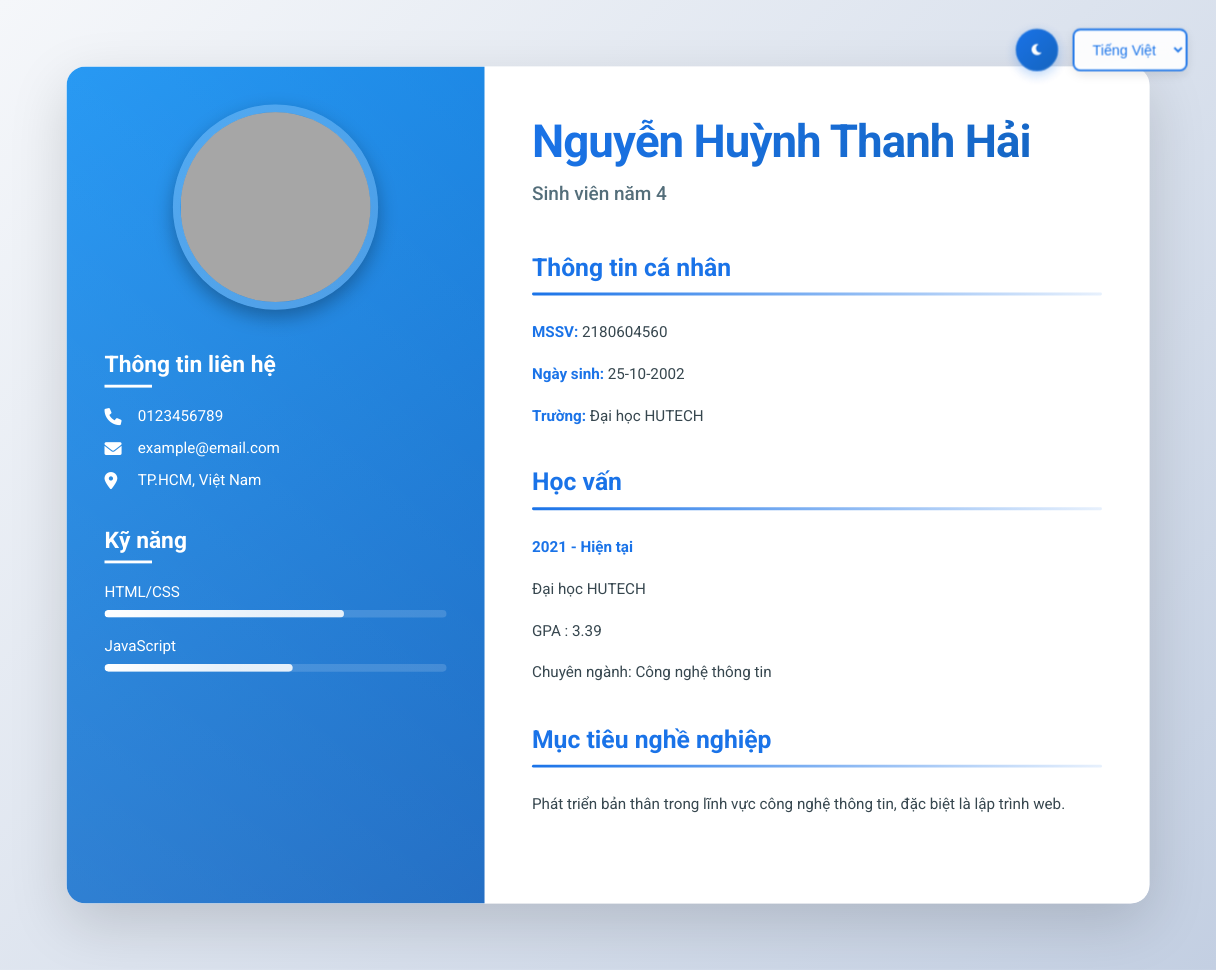
Repository: Haimichi/haimichi.github.io
Page: index.html
The author's editor kept a copy of each file at every save. The page is drawn from the files as they stood at one save, then again after the next save.
The browser window is 1280 px wide. The pictures show the whole page, at 95% of full size.
Pictures or frames that could not be fetched are drawn as grey boxes.

Above is the page before, as saved 2025-03-04 10:48:57.

After the next save:
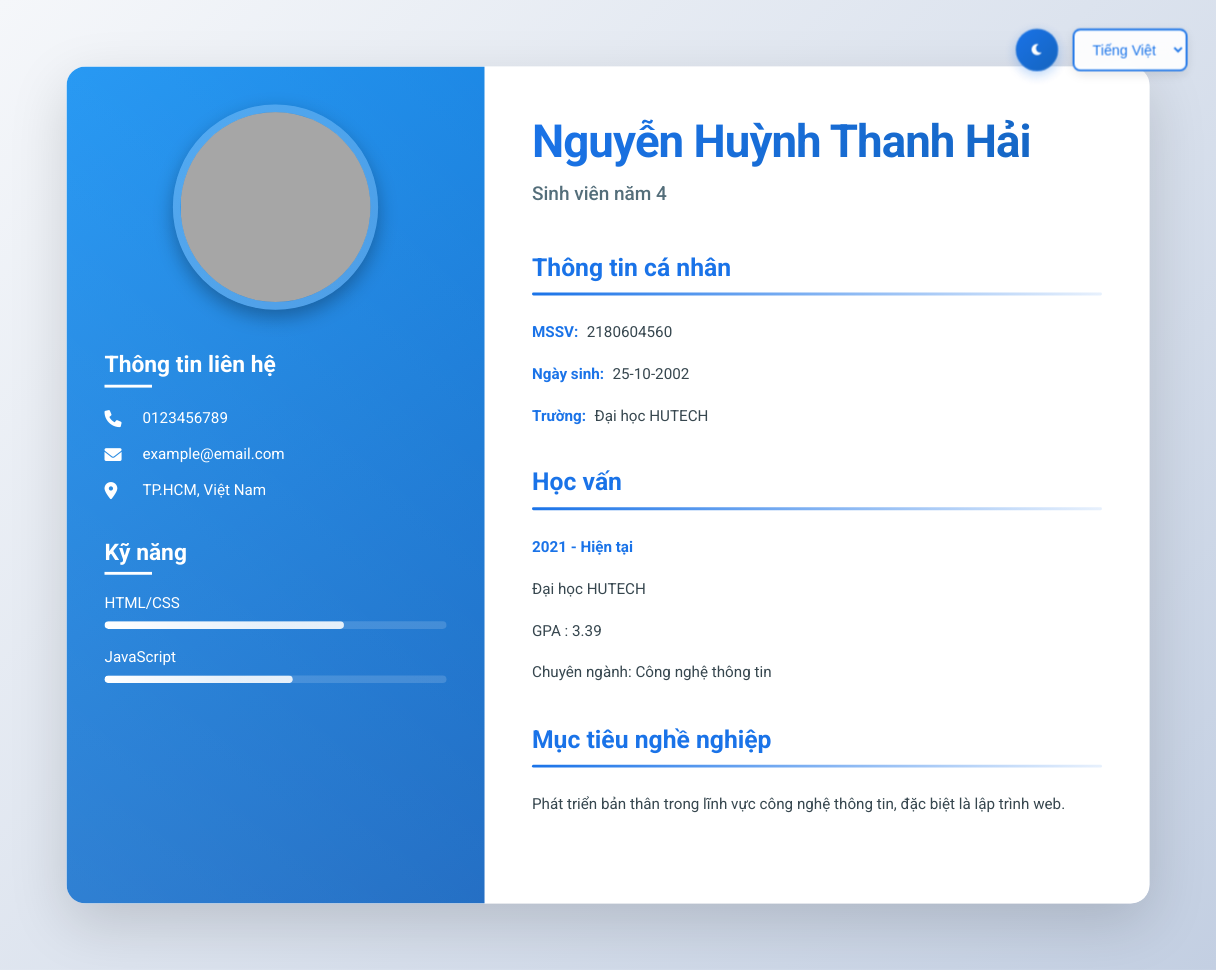
Saved 1 s later.
--- a/index.html
+++ b/index.html
@@ -7,6 +7,26 @@
     <link rel="stylesheet" href="style.css">
     <link rel="stylesheet" href="https://cdnjs.cloudflare.com/ajax/libs/font-awesome/6.0.0/css/all.min.css">
     <link href="https://fonts.googleapis.com/css2?family=Roboto:wght@400;500;700&display=swap" rel="stylesheet">
+    <style>
+        .editable-input {
+            background: transparent;
+            border: none;
+            border-bottom: 2px solid #1a73e8;
+            color: inherit;
+            font-size: inherit;
+            font-family: inherit;
+            width: 100%;
+            padding: 5px 0;
+            outline: none;
+        }
+
+        [contenteditable="true"]:hover {
+            background: rgba(26, 115, 232, 0.1);
+            cursor: pointer;
+            padding: 2px 5px;
+            border-radius: 4px;
+        }
+    </style>
 </head>
 <body>
     <div class="theme-controls">
@@ -39,9 +59,9 @@
                 </script>
                 <div class="contact-info">
                     <h2>Thông tin liên hệ</h2>
-                    <p><i class="fas fa-phone"></i> 0123456789</p>
-                    <p><i class="fas fa-envelope"></i> example@email.com</p>
-                    <p><i class="fas fa-map-marker-alt"></i> TP.HCM, Việt Nam</p>
+                    <p><i class="fas fa-phone"></i> <span class="editable" data-key="phone">0123456789</span></p>
+                    <p><i class="fas fa-envelope"></i> <span class="editable" data-key="email">example@email.com</span></p>
+                    <p><i class="fas fa-map-marker-alt"></i> <span class="editable" data-key="address">TP.HCM, Việt Nam</span></p>
                 </div>
                 <div class="skills">
                     <h2>Kỹ năng</h2>
@@ -66,9 +86,9 @@
                 </div>
                 <div class="section">
                     <h2>Thông tin cá nhân</h2>
-                    <p><strong>MSSV:</strong> 2180604560</p>
-                    <p><strong>Ngày sinh:</strong> 25-10-2002</p>
-                    <p><strong>Trường:</strong> Đại học HUTECH</p>
+                    <p><strong>MSSV:</strong> <span class="editable" data-key="studentId">2180604560</span></p>
+                    <p><strong>Ngày sinh:</strong> <span class="editable" data-key="dob">25-10-2002</span></p>
+                    <p><strong>Trường:</strong> <span class="editable" data-key="university">Đại học HUTECH</span></p>
                 </div>
                 <div class="section">
                     <h2>Học vấn</h2>
@@ -138,5 +158,54 @@ function updateLanguage(lang) {
     document.querySelector('.section h2').textContent = translations[lang].personalInfo;
     // Update other elements...
 }
+
+document.addEventListener('DOMContentLoaded', function() {
+    // Khôi phục dữ liệu đã lưu
+    const editables = document.querySelectorAll('.editable');
+    editables.forEach(element => {
+        const savedValue = localStorage.getItem(element.getAttribute('data-key'));
+        if (savedValue) {
+            element.textContent = savedValue;
+        }
+        makeEditable(element);
+    });
+
+    // Cập nhật hàm updateLanguage
+    function updateLanguage(lang) {
+        // ...existing translations...
+        const editables = document.querySelectorAll('.editable');
+        editables.forEach(element => {
+            const key = element.getAttribute('data-key');
+            const savedValue = localStorage.getItem(key);
+            if (savedValue) {
+                element.textContent = savedValue;
+            }
+        });
+    }
+});
+
+function makeEditable(element) {
+    element.addEventListener('click', function() {
+        const currentValue = this.textContent;
+        const input = document.createElement('input');
+        input.value = currentValue;
+        input.className = 'editable-input';
+
+        input.addEventListener('blur', function() {
+            element.textContent = this.value;
+            localStorage.setItem(element.getAttribute('data-key'), this.value);
+        });
+
+        input.addEventListener('keypress', function(e) {
+            if (e.key === 'Enter') {
+                this.blur();
+            }
+        });
+
+        element.textContent = '';
+        element.appendChild(input);
+        input.focus();
+    });
+}
 </script>
 </html>
